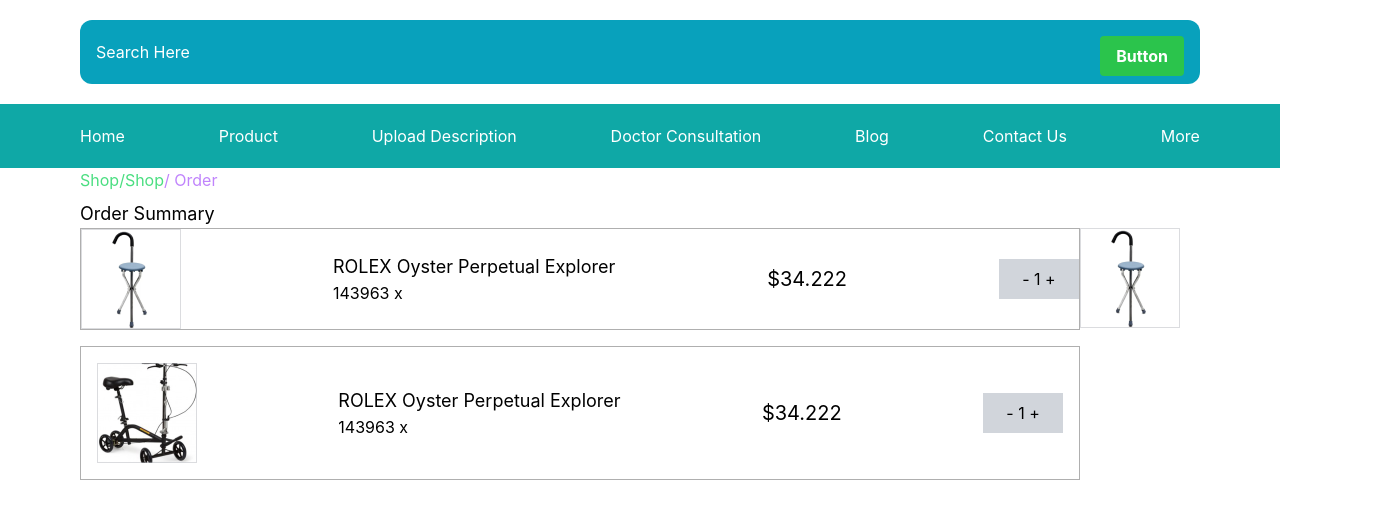
Repository: arafatmollah/pharma
Page: /
These files come from the project's save history. The page is drawn as it stood at one moment and after the next save; the edit follows.
The browser window is 1280 px wide. The page is 1380 px wide, then 1280 px, so the pictures cover 1380 px, including what lies to the right of the window. The pictures show the whole page.
The project was rebuilt for these pictures with package versions that can differ from the ones it lists, and the page was loaded fresh each time.

Above is the page before, as saved 2023-03-12 21:48:37.

After the next save:
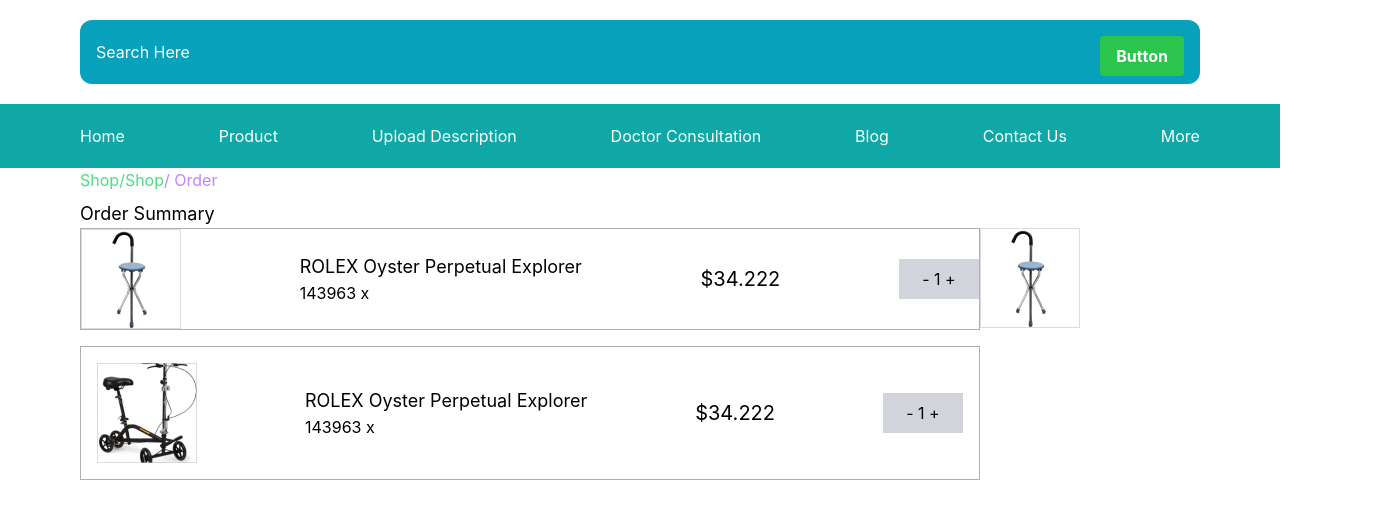
Saved 12 s later.
--- a/src/App.css
+++ b/src/App.css
@@ -21,5 +21,5 @@
 }
 .list{
   display: grid;
-  grid-template-columns: 1000px 300px;
+  grid-template-columns: 900px 300px;
 }
